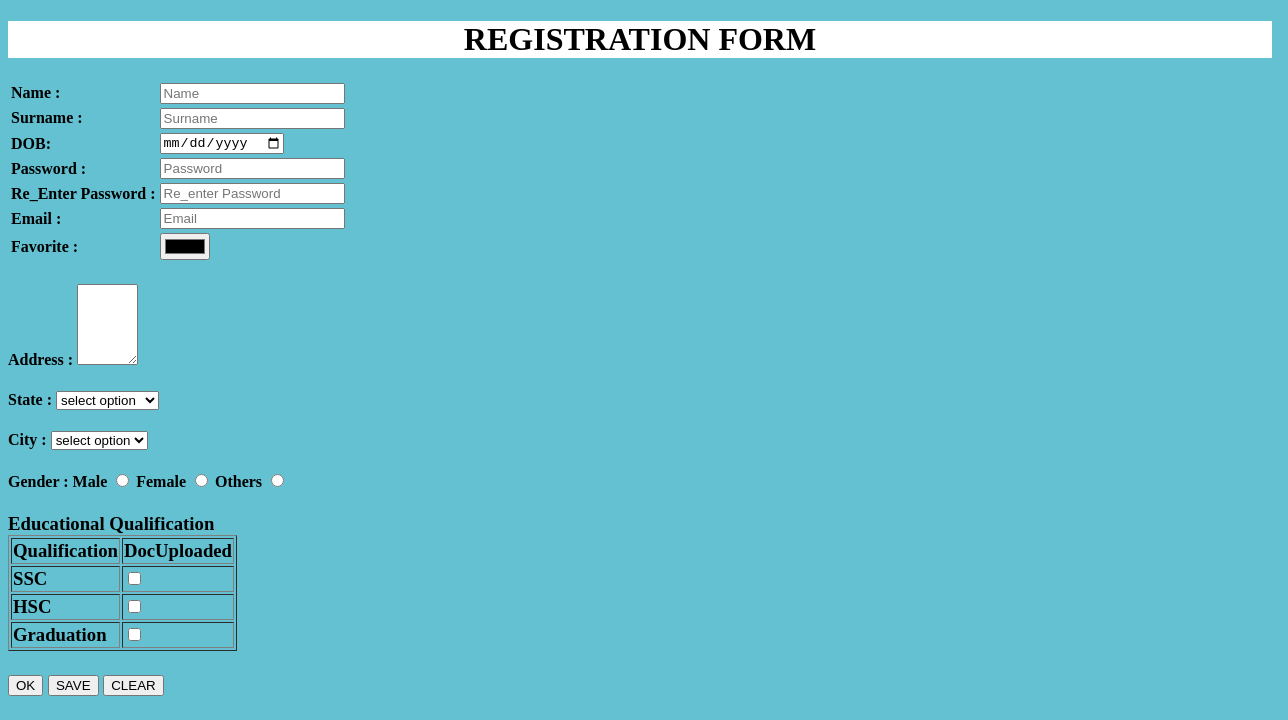
Repository: AJEET006/AdvanceJava-DSA
Page: ADVANCE_JAVA/HW_Example/WebContent/RegistrationForm.html
An editor plug-in stored every save of this project. The page is shown before and after the next save, followed by the edit.
The browser window is 1280 px wide. The page is 1280 px wide, then 1288 px, so the pictures cover 1288 px, including what lies to the right of the window. The pictures show the whole page.

Above is the page before, as saved 2022-06-21 19:10:09.

### ADVANCE_JAVA/HW_Example/WebContent/RegistrationForm.html
<!DOCTYPE html>
<html>
<head>
<meta charset="ISO-8859-1">
<title>Insert title here</title>
</head>
<body style="background-color: rgb(100, 193, 209);">
	<form>
		<h1 style="background-color: background;">
			<bg>
			<center>REGISTRATION FORM</center>
			</bg>
		</h1>
		<h4>
		<table>
			<tr>
				<td>Name :</td>

				<td><input type="text" placeholder="Name" name="" /></td>
			</tr>
			<tr>
				<td>Surname :</td>
				<td><input type="text" placeholder="Surname" surname="" /></td>
			</tr>
			<tr>
				<td>DOB:</td>
				<td><input type="date" placeholder="DOB" date="" /></td>
			</tr>
			<tr>
				<td>Password :</td>
				<td><input type="password" placeholder="Password" password=""/></td>
			</tr>
			<tr>
			<td> Re_Enter Password :</td>
			<td><input type="password" placeholder="Re_enter Password" password=""/></td>
			</tr>
			<tr>
			<td>  Email :</td>
			<td><input type="email" placeholder="Email" email="" /></td>
			</tr>
			<tr>
				<td> Favorite :</td>
				<td><input type="color" placeholder="color" color=""/></td>
			</tr>
		</table>
		<h4>
		<h4>
			Address :
			<textarea rows="5" cols="5"></textarea>
		</h4>
		<h4>
			State : <select name="State">
				<option>select option</option>
				<option>Uttar pradesh</option>
				<option>Maharashtra</option>
				<option>Rajasthan</option>
				<option>Punjab</option>
				<option>Bihar</option>

			</select>
		</h4>
		<h4>
			City : <select name="City">
				<option>select option</option>
				<option>Prayagraj</option>
				<option>Pune</option>
				<option>Chennai</option>
				<option>Hydarabad</option>
				<option>Darbhanga</option>

			</select>
		</h4>



		<h4>
			Gender : Male <input type="radio" name="gender" /> Female <input
				type="radio" name="gender" /> Others <input type="radio"
				name="gender" />
		</h4>
		<h3>
			Educational Qualification
			<table border="1">
				<tr>
					<th>Qualification</th>
					<th>DocUploaded</th>

				</tr>
				<tr>
					<td>SSC</td>
					<td><input type="checkbox" name="SSC"></td>
				</tr>
				<tr>
					<td>HSC</td>
					<td><input type="checkbox" name="HSC"></td>
				</tr>
				<tr>
					<td>Graduation</td>
					<td><input type="checkbox" name="Graduation"></td>
				</tr>
			</table>
			<br /> <input type="button" value="OK"> <input type="button"
				value="SAVE"> <input type="button" value="CLEAR">

		</h3>

	</form>
</body>
</html>

After the next save:
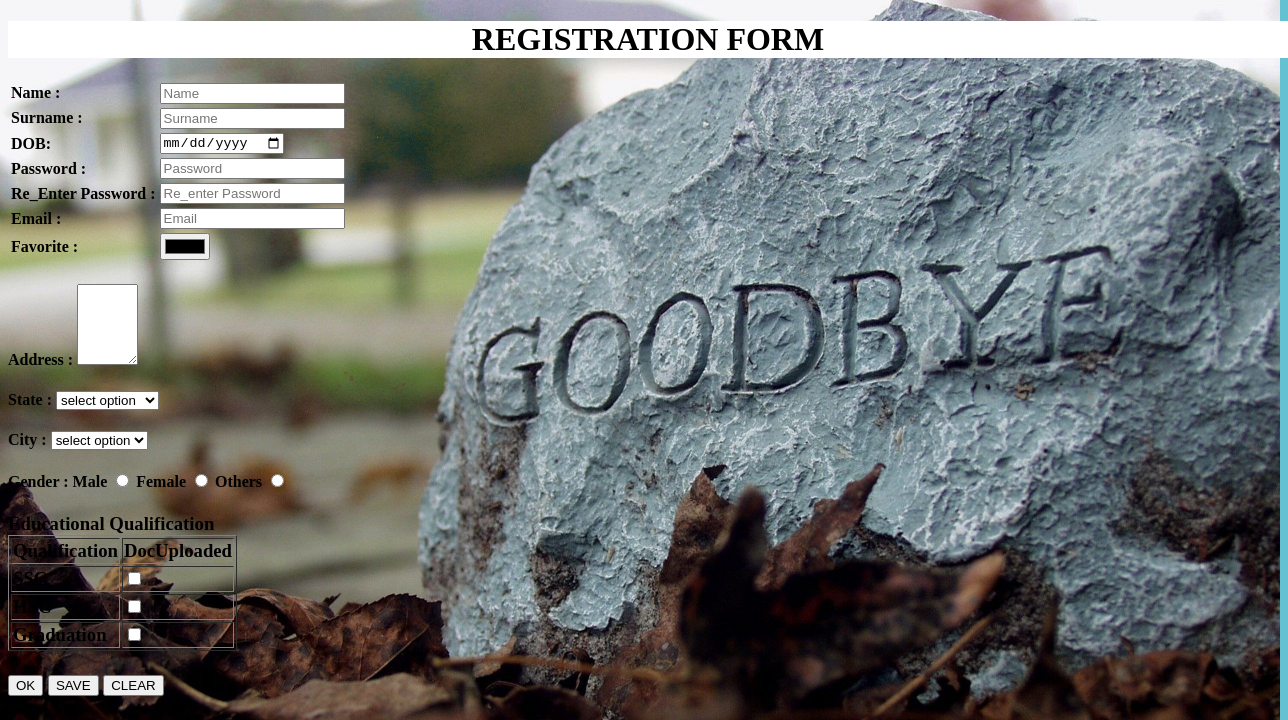
Saved 99 s later.
--- a/ADVANCE_JAVA/HW_Example/WebContent/RegistrationForm.html
+++ b/ADVANCE_JAVA/HW_Example/WebContent/RegistrationForm.html
@@ -2,6 +2,10 @@
 <html>
 <head>
 <meta charset="ISO-8859-1">
+<style>
+	body{background-image:url("./Goodbye.jpg"); height: 200%;width:100%;background-repeat: no-repeat;
+	background-size: cover;}
+</style>
 <title>Insert title here</title>
 </head>
 <body style="background-color: rgb(100, 193, 209);">
